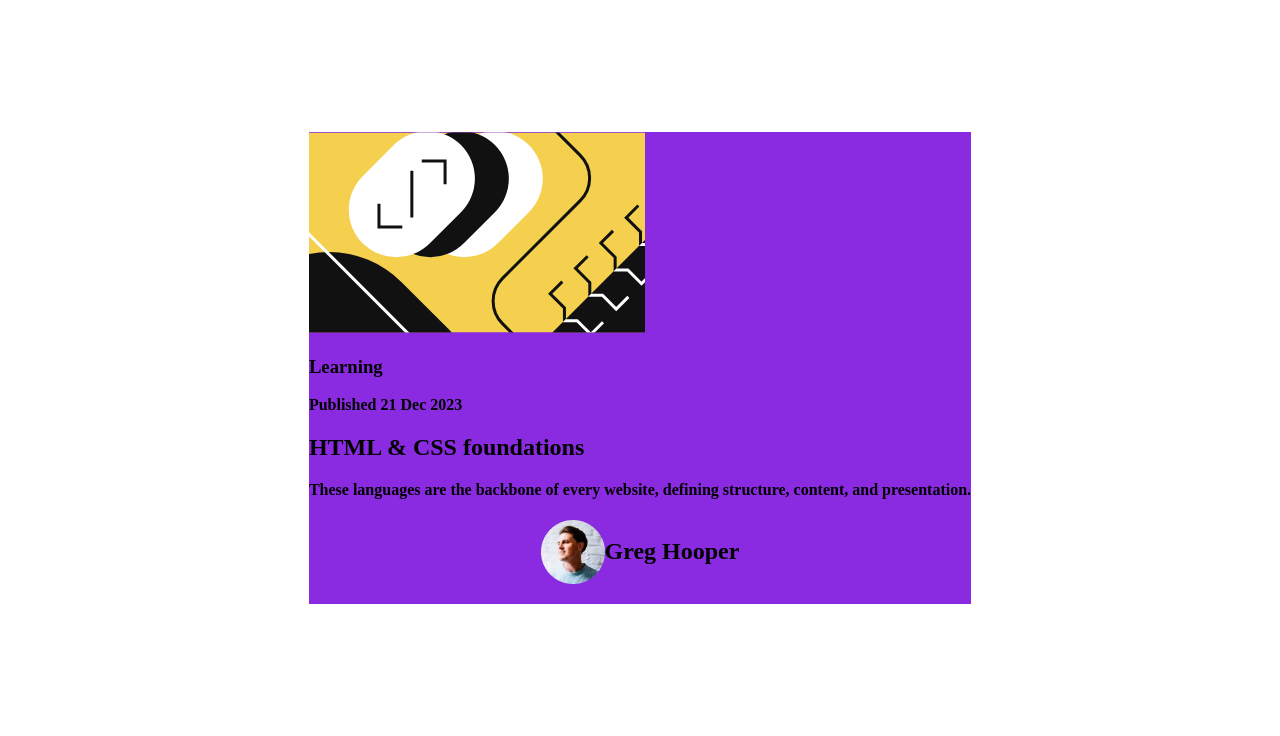
Repository: reemoon-ctrl/blog-preview-card
Page: index.html
An editor plug-in stored every save of this project. The page is shown before and after a run of saves, followed by the edit.
The browser window is 1280 px wide. The pictures show the whole page.

Above is the page before, as saved 2024-07-19 13:46:34.

After the next 5 saves:
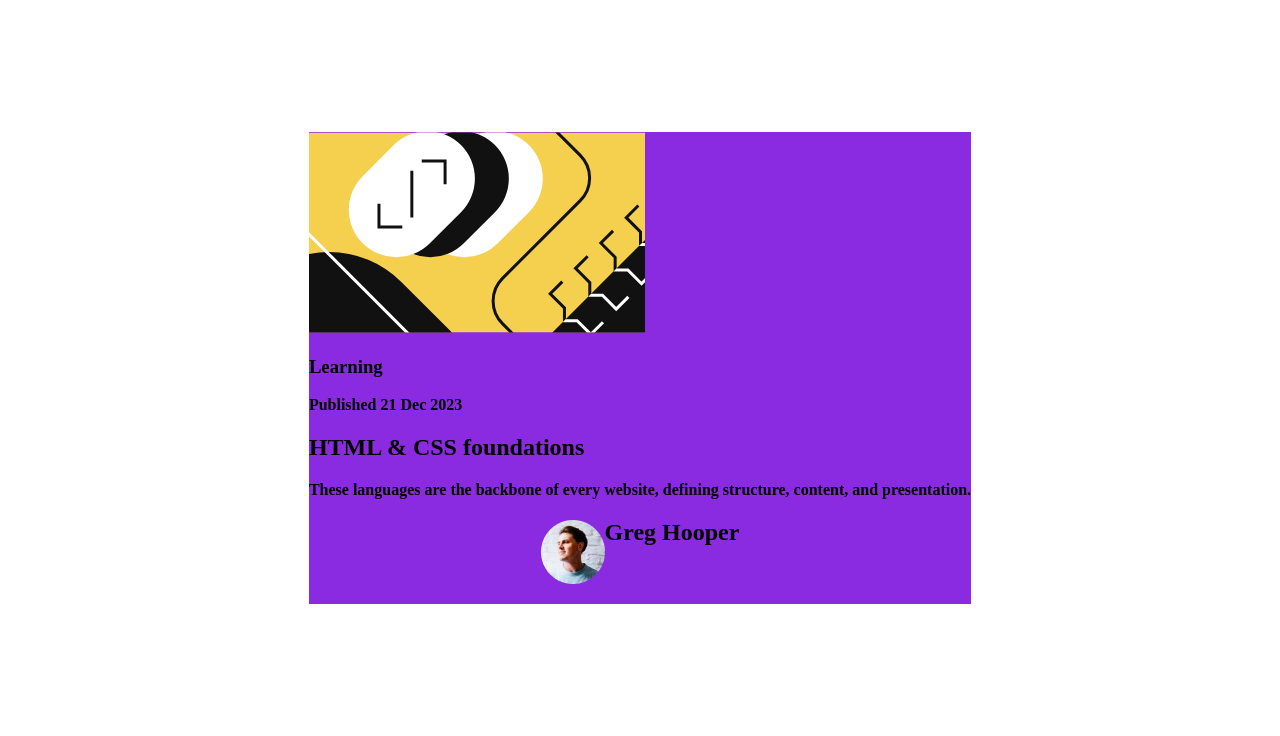
The 5 saves are shown as one change because they came seconds apart.
The last was saved 32 s later.
--- a/index.css
+++ b/index.css
@@ -35,7 +35,7 @@
 
 .blog-author{
     display: flex;
-    align-items:center;
+    align-items:;
     justify-content: center;
 
 }

After the save that followed:
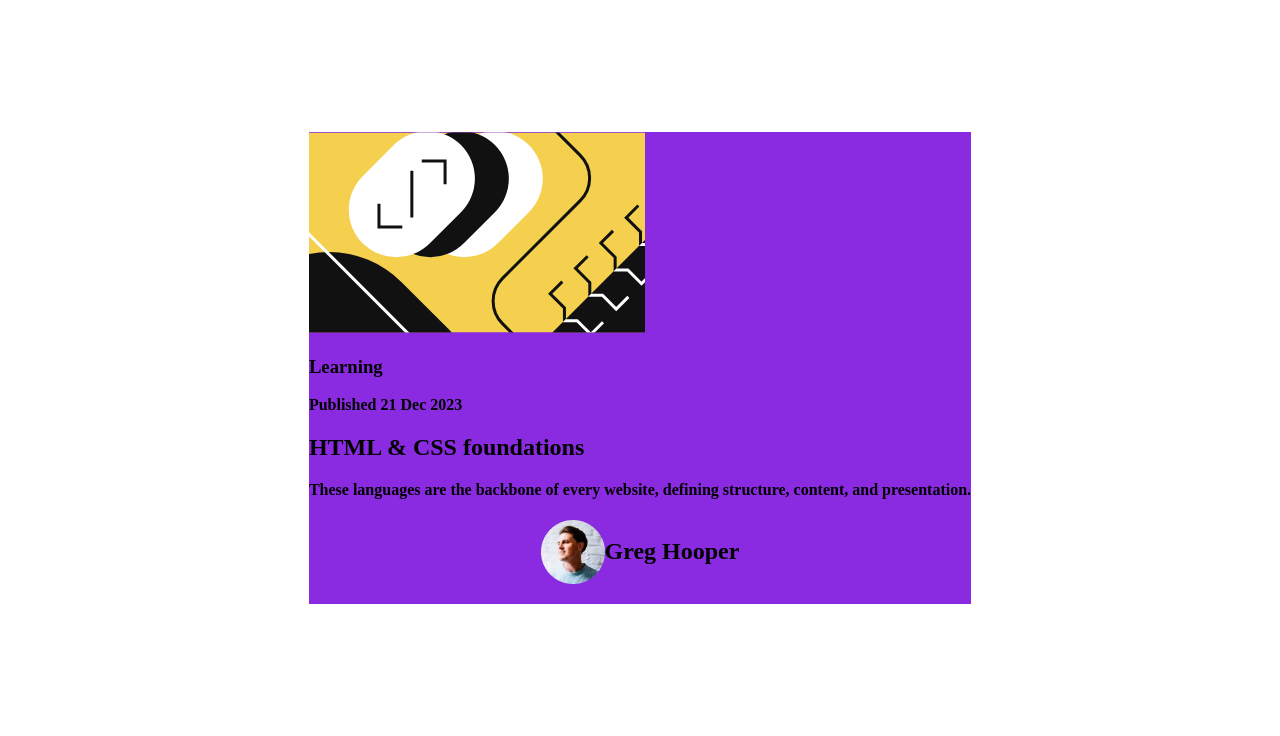
Saved 4 s later.
--- a/index.css
+++ b/index.css
@@ -35,7 +35,7 @@
 
 .blog-author{
     display: flex;
-    align-items:;
+    align-items:center;
     justify-content: center;
 
 }
